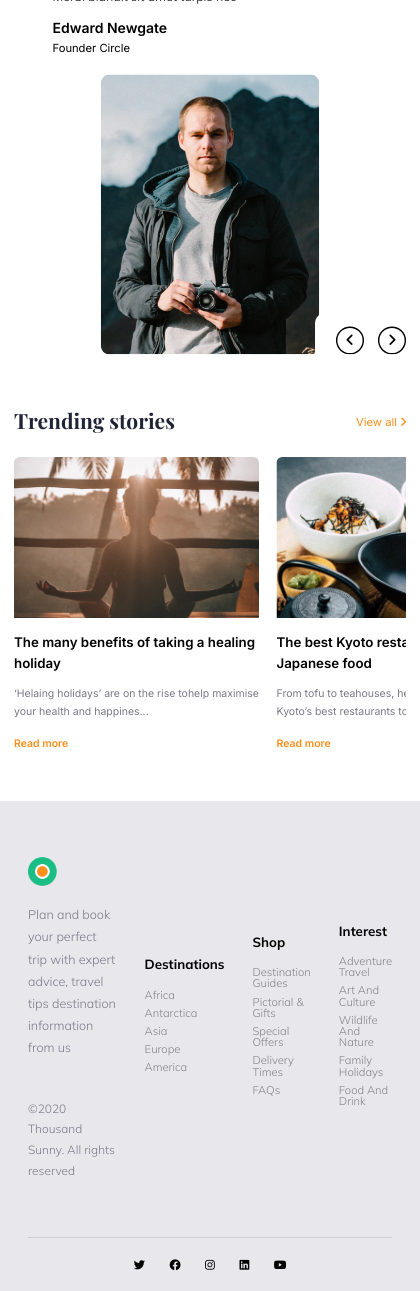
Repository: tranvinhluan/Explore---Travel
Page: index.html
These files come from the project's save history. The page is drawn as it stood at one moment and after a run of saves; the edit follows.
The browser window is 600 px wide. The pictures show the part of the page from y = 3729 to 5969 px (the page is 5573 px tall before and 5969 px after), at 70% of full size.
The style sheet was rebuilt from its Sass, Less or Tailwind sources for each picture, by a compiler version that may differ from the author's.

Above is the page before, as saved 2022-01-21 09:44:55.

After the next 3 saves:
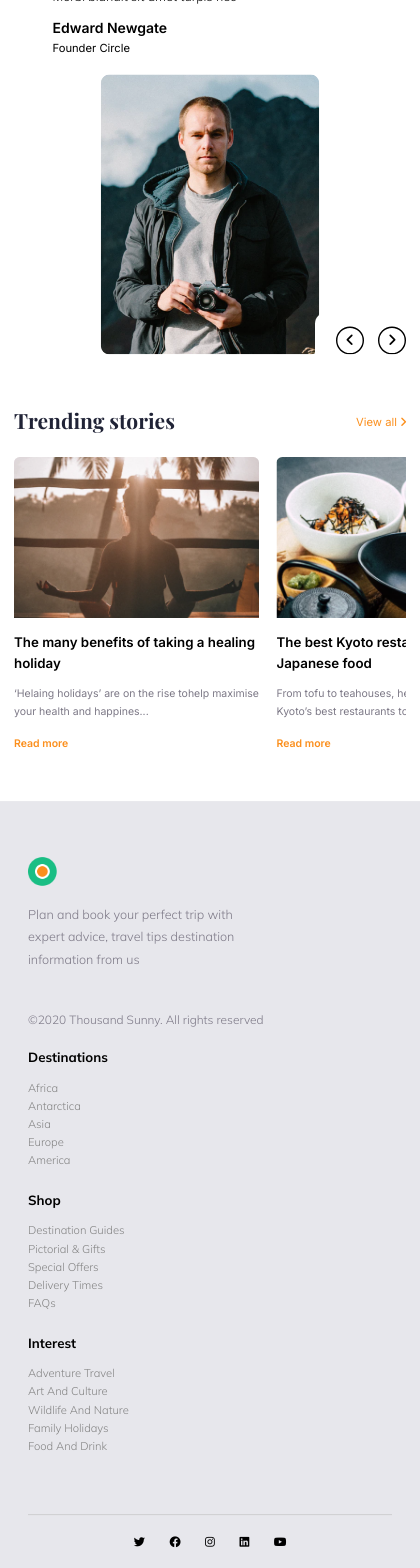
The 3 saves are shown as one change because they came seconds apart.
The last was saved 56 s later.
--- a/sass/_footer.scss
+++ b/sass/_footer.scss
@@ -61,6 +61,7 @@
       }
       &-top {
         display: grid;
+        grid-template-columns: none;
         grid-gap: 30px 40px;
         padding-bottom: 80px;
         border-bottom: 1px solid #c4c4c4;
